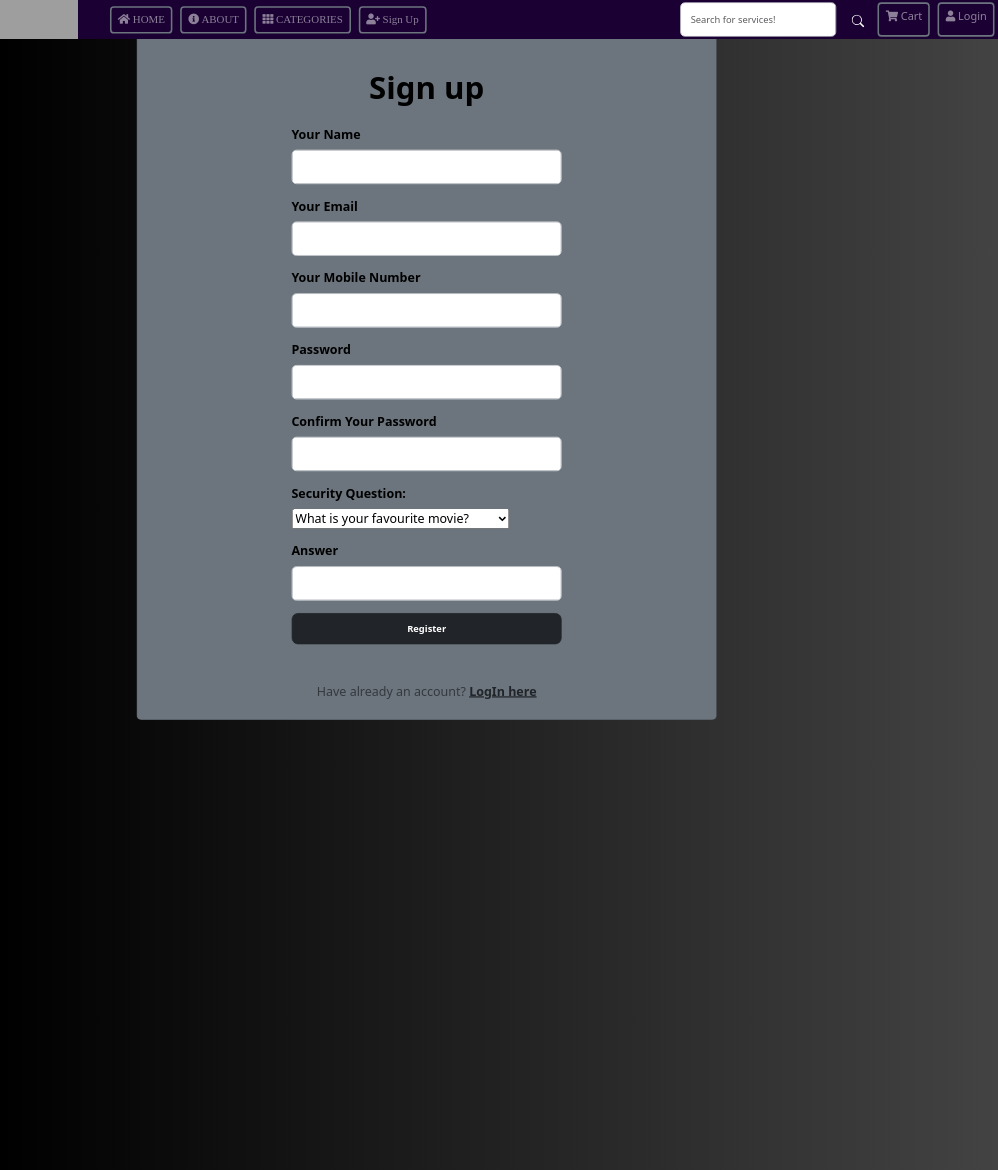
Repository: Ishanibmk/MOVIOT---An-OTT-Platform-using-Java-and-Springboot
Page: http://localhost/OTT/WEB-INF/view/signup.jsp
An editor plug-in stored every save of this project. The page is shown before and after the next save, followed by the edit.
The browser window is 1280 px wide. The pictures show the whole page, at 78% of full size.
Pictures or frames that could not be fetched are drawn as grey boxes. Some web libraries are served in a nearby version. The page is served by Tomcat 9. Nobody is signed in. The template is opened directly, without the code that normally fills it, so the values that code supplies are empty.

Above is the page before, as saved 2024-03-02 14:25:33.

After the next save:
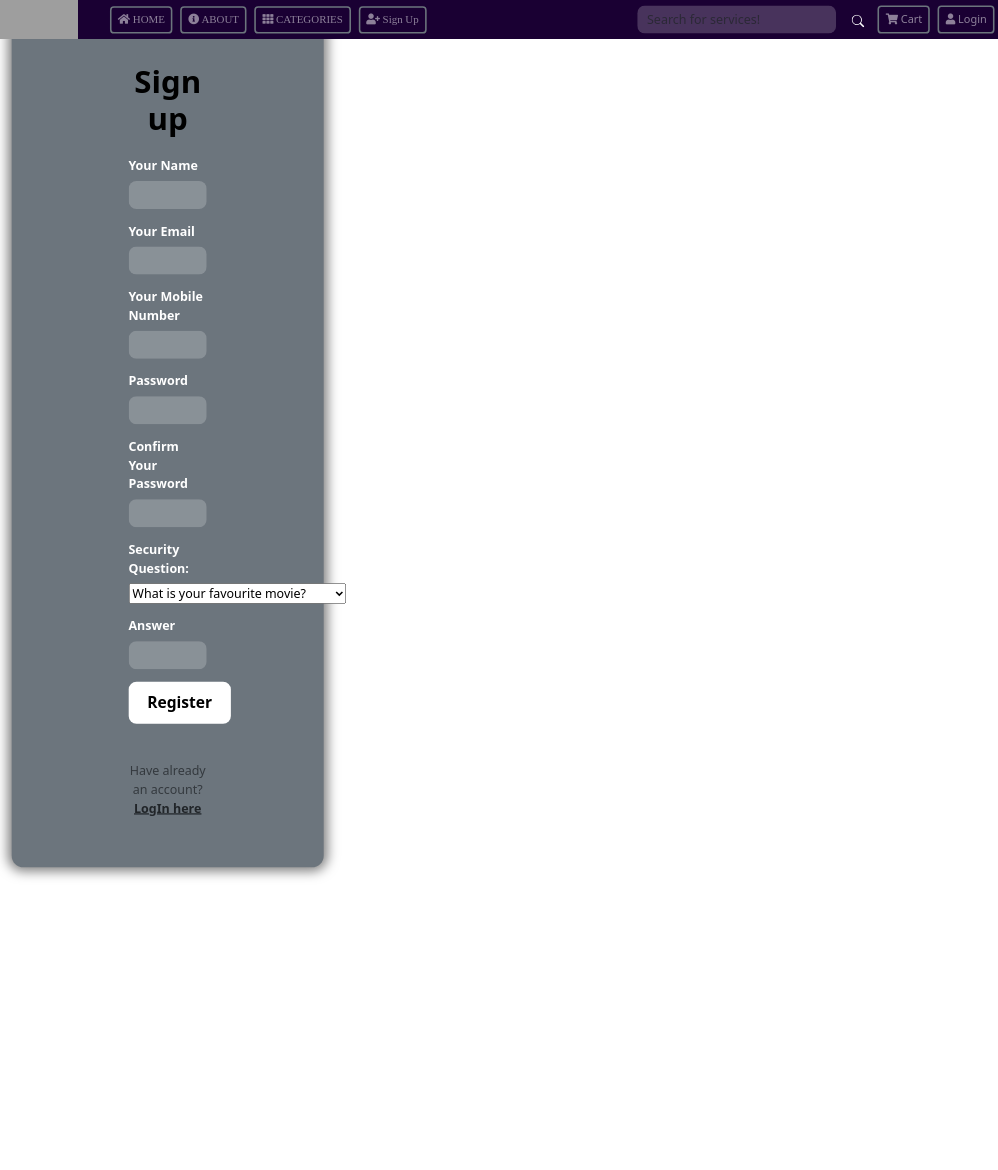
Saved 84 s later.
--- a/Moviot/MOVIOT-main/ott/OTT/src/main/webapp/WEB-INF/view/signup.jsp
+++ b/Moviot/MOVIOT-main/ott/OTT/src/main/webapp/WEB-INF/view/signup.jsp
@@ -9,38 +9,66 @@
     <title>Registration Form For User</title>
     <link href="https://cdn.jsdelivr.net/npm/bootstrap@5.3.0-alpha1/dist/css/bootstrap.min.css" rel="stylesheet"
           integrity="sha384-GLhlTQ8iRABdZLl6O3oVMWSktQOp6b7In1Zl3/Jr59b6EGGoI1aFkw7cmDA6j6gD" crossorigin="anonymous">
-  <style>
-    body {
-        background: linear-gradient(to right, #000000, #434343); /* Gradient background */
-        color: #ffffff; /* White text color */
-        min-height: 100vh; /* Ensure the background covers the full viewport height */
-        margin: 0; /* Remove default margin */
-        padding-top: 50px; /* Add padding on top */
+<style>
+    /* Custom CSS for navbar styling */
+    .navbar {
+      background-color: hsl(270, 100%, 10%); /* Dark background color */
+      height: 50px; /* Adjust the height as needed */
     }
-    .form-container {
-        display: flex;
-        justify-content: center;
-        align-items: center;
-        height: calc(100vh - 50px); /* Full viewport height minus padding */
+    .navbar-brand img {
+      margin-right: 20px; /* Adjust as needed */
+    }
+    .navbar-nav .nav-item {
+      border: 2px solid #6c757d; /* Gray border */
+      border-radius: 5px;
+      margin: 0 5px;
+    }
+    .navbar-nav .nav-link {
+      padding: 5px 10px; /* Adjust padding */
+      font-size: 14px; /* Adjust font size */
+      color: #fff; /* White text color */
+    }
+    .navbar-nav .nav-item:hover .nav-link {
+      background-color: black; /* Gray background color */
+    }
+    .navbar-nav .form-control {
+      margin-right: 10px; /* Adjust as needed */
+    }
+    .navbar-nav .btn-outline-light {
+      color: #fff; /* White text color */
+    }
+    /* Additional styles for card and form */
+    .card-container {
+      margin-top: 20px; /* Add margin to start below the header */
     }
     .card {
-        padding-top: 100px; /* Add space on the top of the card */
-        margin-top: 100px; /* Add margin on the top of the card */
-        max-width: calc(16vh * 9); /* Set maximum width for the card based on 9:16 ratio */
-        width: 80%; /* Adjust the width of the card */
+      background-color: rgba(255, 255, 255, 0.1);
+      border: none;
+      border-radius: 15px;
+      box-shadow: 0px 0px 15px 5px rgba(0, 0, 0, 0.5);
+      padding: 40px;
+      max-width: 400px;
+      width: 80%;
     }
     .form-label {
-        font-size: 16px; /* Adjust font size of form labels */
+      color: #ffffff;
     }
     .form-control {
-        font-size: 12px; /* Adjust font size of form input fields */
-        padding: 12px; /* Adjust padding of form input fields */
+      background-color: rgba(255, 255, 255, 0.2);
+      color: #ffffff;
+      border: none;
+      border-radius: 10px;
     }
     .btn-lg {
-        font-size: 12px; /* Adjust font size of buttons */
-        padding: 10px 20px; /* Adjust padding of buttons */
+      background-color: #ffffff;
+      color: #000000;
+      border: none;
+      border-radius: 10px;
+      font-weight: bold;
+      padding: 12px 24px;
     }
 </style>
+
 
 </head>
 <body>
